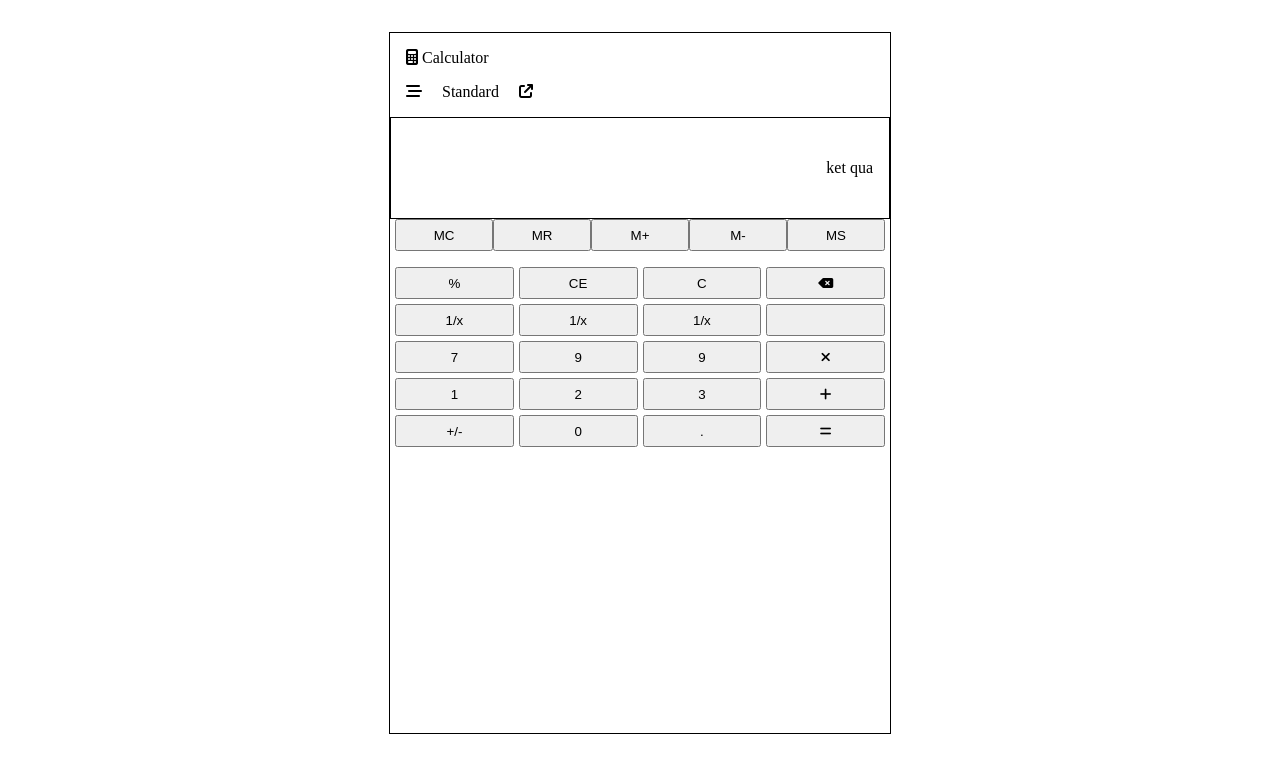
Repository: tungts3qb/Javascript
Page: Calculator/Calculator.html
These files come from the project's save history. The page is drawn as it stood at one moment and after the next save; the edit follows.
The browser window is 1280 px wide. The pictures show the whole page.

Above is the page before, as saved 2022-12-26 16:58:19.

After the next save:
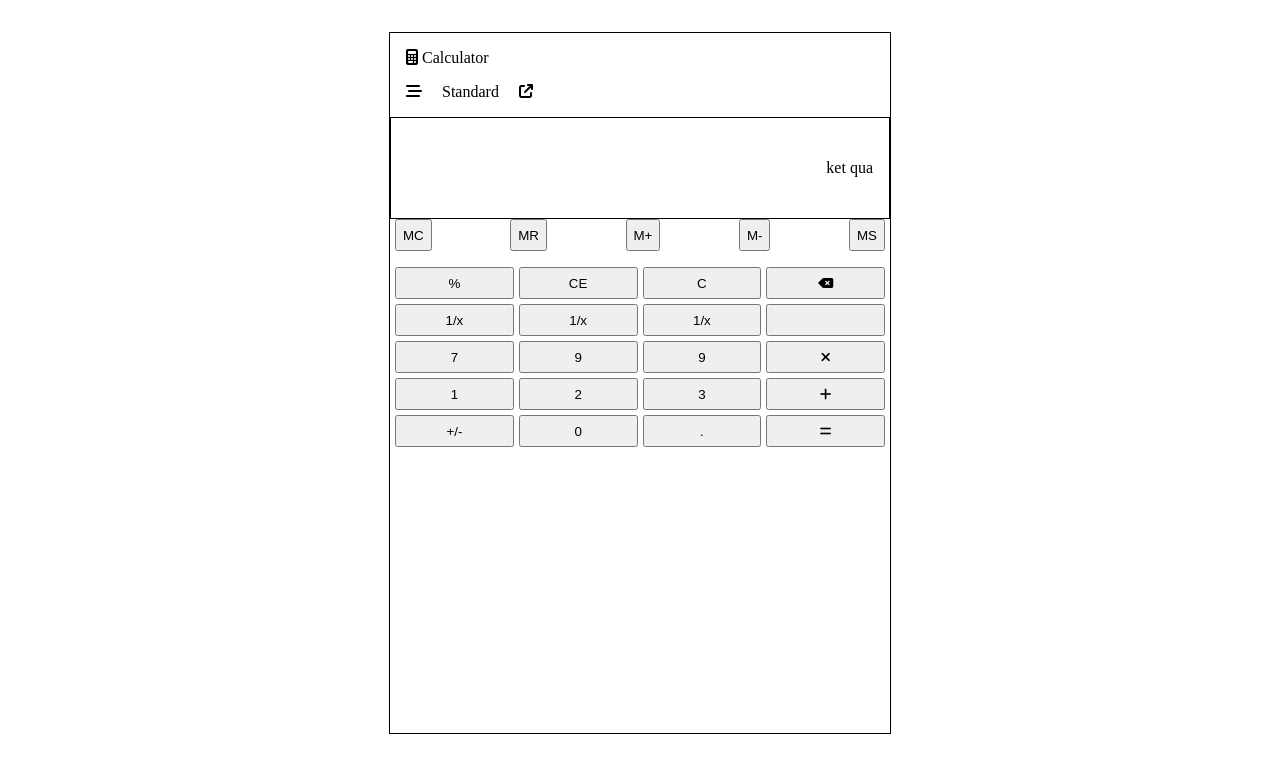
Saved 33 s later.
--- a/Calculator/style.css
+++ b/Calculator/style.css
@@ -47,7 +47,7 @@
 
 .calculator-special-function li {
   height: 2rem;
-  width: calc(100% / 5);
+  width: calc((100% / 5)-15px);
 }
 
 .calculator-special-function li:first-child {

After the save that followed:
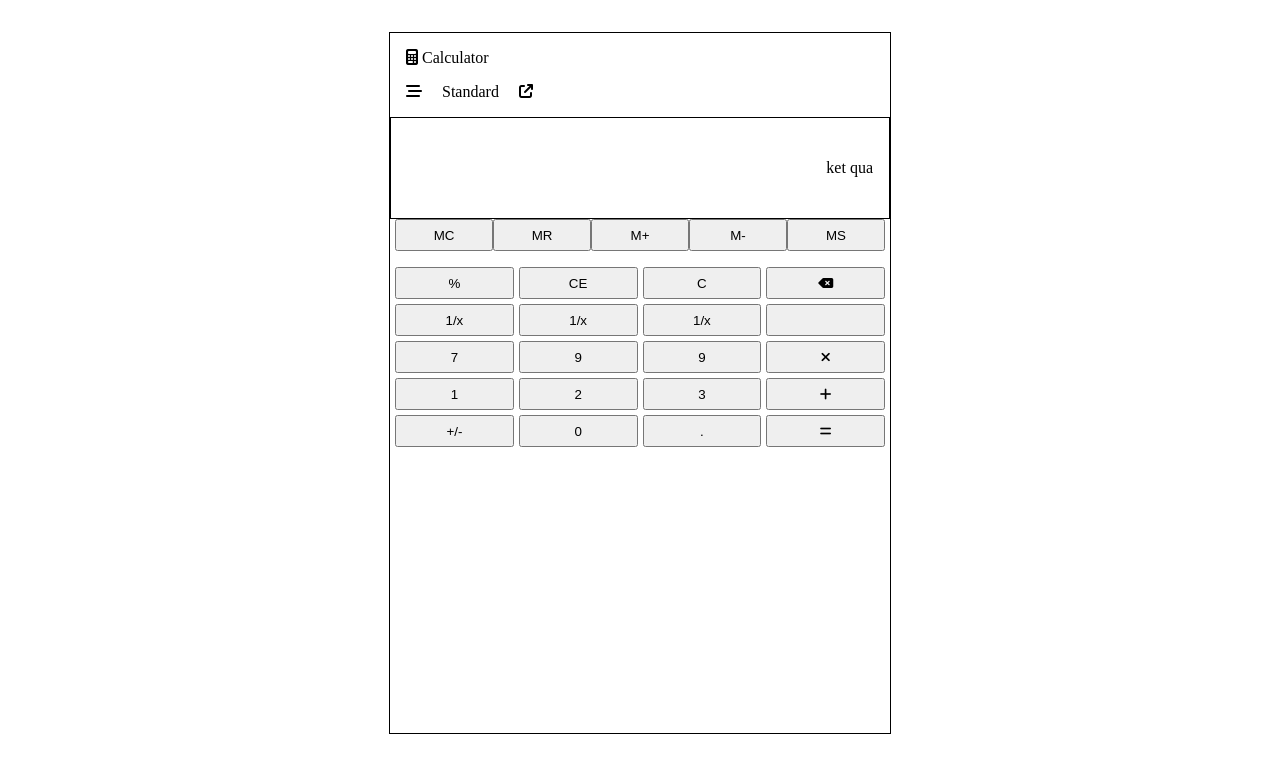
Saved 22 s later.
--- a/Calculator/style.css
+++ b/Calculator/style.css
@@ -47,7 +47,7 @@
 
 .calculator-special-function li {
   height: 2rem;
-  width: calc((100% / 5)-15px);
+  width: calc((100% / 5));
 }
 
 .calculator-special-function li:first-child {
